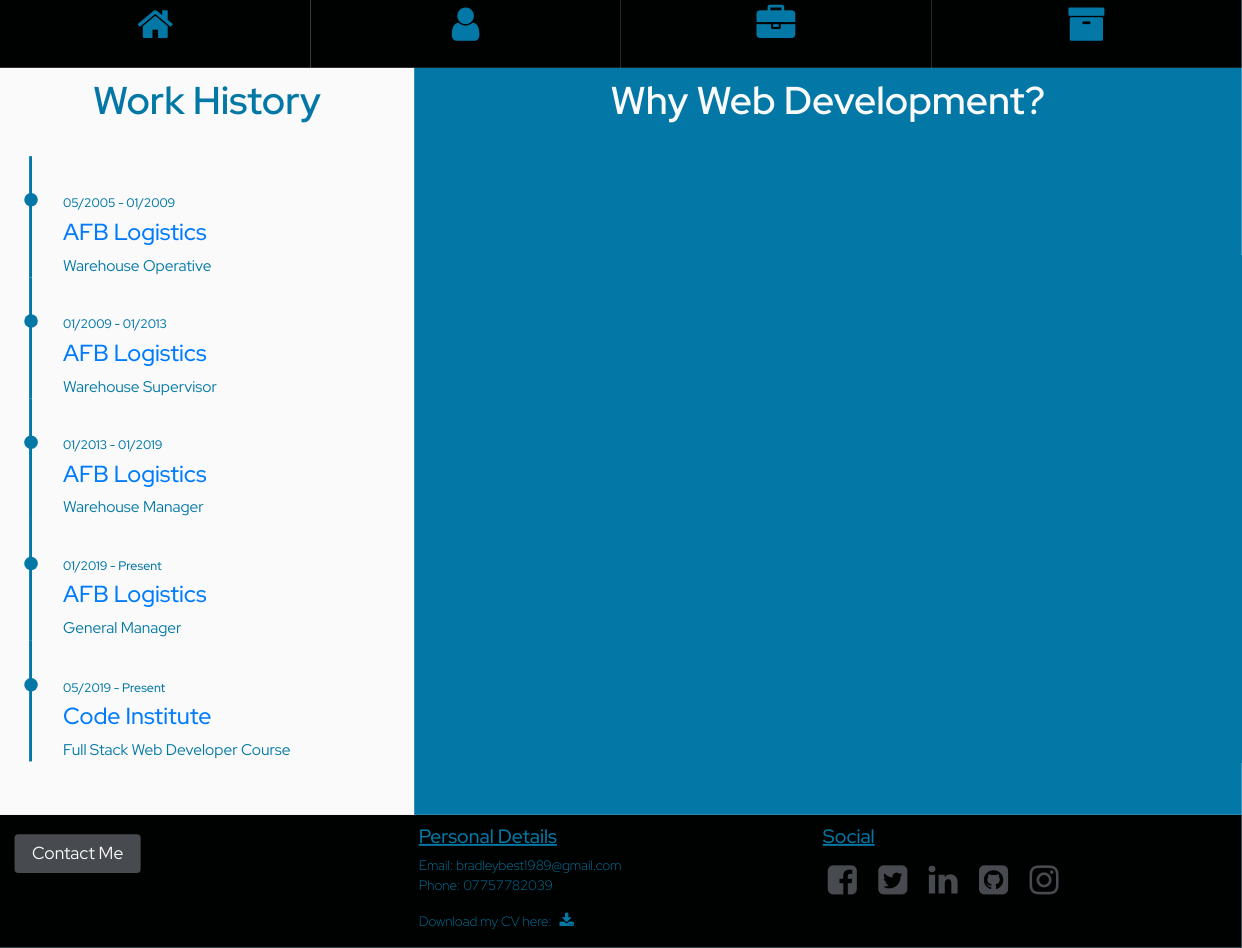
Repository: Brad000/Resume-project
Page: work-history.html
The author's editor kept a record of every edit. The page is drawn from the files as they stood at one moment, then again after the next edit.
The browser window is 1280 px wide. The pictures show the whole page, at 97% of full size.

Above is the page before.

### work-history.html
<!DOCTYPE html>
<html lang="en">

<head>
    <meta charset="UTF-8">
    <meta name="viewport" content="width=device-width, initial-scale=1.0">
    <meta http-equiv="X-UA-Compatible" content="ie=edge">
    <link rel="stylesheet" href="https://stackpath.bootstrapcdn.com/bootstrap/4.3.1/css/bootstrap.min.css" type="text/css" />
    <link rel="stylesheet" href="https://stackpath.bootstrapcdn.com/font-awesome/4.7.0/css/font-awesome.min.css" type="text/css" />
    <link rel="stylesheet" href="assets/css/style.css" type="text/css" />
    <link rel="stylesheet" href="https://cdnjs.cloudflare.com/ajax/libs/hover.css/2.3.1/css/hover-min.css" type="text/css" />
    <title>Bradley Best - Full Stack Web Developer</title>
</head>

<body>

    <!---------------------------NavBar------------------------------------>

    <header>
        <div class="row no-gutters">
            <div class="col-3 nav-item">
                <i class="fa fa-home"></i>
                <a id="nav-link" href="index.html">
                    <h5 id="nav-text">Home</h5>
                </a>
            </div>
            <div class="col-3 nav-item">
                <i class="fa fa-user"></i>
                <a id="nav-link" href="about-me.html">
                    <h5 id="nav-text">About Me</h5>
                </a>
            </div>
            <div class="col-3 nav-item">
                <i class="fa fa-briefcase"></i>
                <a id="nav-link" href="work-history.html">
                    <h5 id="nav-text">Work History</h5>
                </a>
            </div>
            <div class="col-3 nav-item">
                <i class="fa fa-archive"></i>
                <a id="nav-link" href="#">
                    <h5 id="nav-text">Portfolio</h5>
                </a>
            </div>
        </div>
    </header>

    <!----------------------------Work History----------------------------->
    <div class="row no-gutters">
        <div class="col-md-4 work-history-container">
            <h2 class="main-headings work-headings">Work History</h2>
            <div class="history-items">
                <div class="timeline-item" data-dates="05/2005 - 01/2009">
                    <a href="https://www.google.com/maps/place/AFB+Logistics+LTD./@53.5464526,-2.5892585,15z/data=!4m5!3m4!1s0x0:0x63afc0519c773d45!8m2!3d53.5464526!4d-2.5892585" target="_blank" id="work-link"><h4>AFB Logistics</h4></a>
                    <p>Warehouse Operative</p>
                </div>
                <div class="timeline-item" data-dates="01/2009 - 01/2013">
                    <a href="https://www.google.com/maps/place/AFB+Logistics+LTD./@53.5464526,-2.5892585,15z/data=!4m5!3m4!1s0x0:0x63afc0519c773d45!8m2!3d53.5464526!4d-2.5892585" target="_blank" id="work-link"><h4>AFB Logistics</h4></a>
                    <p>Warehouse Supervisor</p>
                </div>
                <div class="timeline-item" data-dates="01/2013 - 01/2019">
                    <a href="https://www.google.com/maps/place/AFB+Logistics+LTD./@53.5464526,-2.5892585,15z/data=!4m5!3m4!1s0x0:0x63afc0519c773d45!8m2!3d53.5464526!4d-2.5892585" target="_blank" id="work-link"><h4>AFB Logistics</h4></a>
                    <p>Warehouse Manager</p>
                </div>
                <div class="timeline-item" data-dates="01/2019 - Present">
                    <a href="https://www.google.com/maps/place/AFB+Logistics+LTD./@53.5464526,-2.5892585,15z/data=!4m5!3m4!1s0x0:0x63afc0519c773d45!8m2!3d53.5464526!4d-2.5892585" target="_blank" id="work-link"><h4>AFB Logistics</h4></a>
                    <p>General Manager</p>
                </div>
                <div class="timeline-item" data-dates="05/2019 - Present">
                    <a href="https://codeinstitute.net/" target="_blank" id="work-link"><h4>Code Institute</h4></a>
                    <p>Full Stack Web Developer Course</p>
                </div>
            </div>

        </div>

        <div class="col-md-8 why-web-container">
            <h2 class="main-headings why-headings">Why Web Development?</h2>

        </div>
    </div>




    <!---------------------------Footer------------------------------------>

    <footer class="container-fluid">
        <div class="row no-gutters" id="footer-details">
            <div class="col-sm-4">
                <button type="button" class="btn btn-secondary contact-button" data-toggle="modal" data-target="#exampleModal">Contact Me</button>
            </div>
            <div class="col-sm-4 footer-headings">
                <h5 class="sub-headings">Personal Details</h5>
                <div class="key">
                    <p class="personal-info-text">
                        Email: bradleybest1989@gmail.com
                    </p>
                </div>
                <div class="personal-info-text">
                    <p>
                        Phone: 07757782039
                    </p>
                </div>
                <div class="personal-info-text">
                    <p class="cv-text">Download my CV here:
                        <span><a href="assets/cv/CV.pdf" target="_blank" class="cv-pdf"></a>
                        <i class="fa fa-download cv-link" aria-hidden="true"></i>
                        </span>
                    </p>
                </div>
            </div>
            <div class="col-sm-4">
                <h5 class="footer-headings sub-headings">Social</h5>
                <ul class="list-inline">
                    <li class="list-inline-item social-links">
                        <a target="_blank" href="https://www.facebook.com/profile.php?id=100010751790168">
                            <i class="fa fa-facebook-square" aria-hidden="true"></i>
                            <span class="sr-only">Facebook</span>
                        </a>
                    </li>
                    <li class="list-inline-item social-links">
                        <a target="_blank" href="https://twitter.com/BradleyBest28">
                            <i class="fa fa-twitter-square" aria-hidden="true"></i>
                            <span class="sr-only">Twitter</span>
                        </a>
                    </li>
                    <li class="list-inline-item social-links">
                        <a target="_blank" href="https://www.linkedin.com/in/bradley-best-b56072188/">
                            <i class="fa fa-linkedin" aria-hidden="true"></i>
                            <span class="sr-only">Linkedin</span>
                        </a>
                    </li>
                    <li class="list-inline-item social-links">
                        <a target="_blank" href="https://github.com/Brad000/Resume-project">
                            <i class="fa fa-github-square" aria-hidden="true"></i>
                            <span class="sr-only">GitHub</span>
                        </a>
                    </li>
                    <li class="list-inline-item social-links">
                        <a target="_blank" href="https://www.instagram.com/brad_best0/?hl=en">
                            <i class="fa fa-instagram" aria-hidden="true"></i>
                            <span class="sr-only">Instagram</span>
                        </a>
                    </li>
                </ul>
            </div>
        </div>
    </footer>

</body>

</html>

### assets/css/style.css
@import url('https://fonts.googleapis.com/css?family=Red+Hat+Display:100,200,300,400,500,600,700');

/*-------------------Nav----------------------*/

.background {
  height: 100vh;
  width: 100%;
}

.nav-item {
  height: 70px;
  background-color: #000201;
  text-align: center;
  padding: 0;
}

.fa-home,
.fa-user,
.fa-archive,
.fa-briefcase {
  font-size: 25px;
  color: #0378A6;
  padding: 10px;
}

#nav-text {
  font-family: 'Red Hat Display', sans-serif;
  font-size: 12px;
  font-weight: 600;
  color: #0378A6;
  opacity: 1;
  cursor: pointer;
  text-decoration: none;
  transition: opacity 0.5s ease-in-out;
  -moz-transition: opacity 0.5s ease-in-out;
  -webkit-transition: opacity 0.5s ease-in-out;
  -o-transition: opacity 0.5s ease-in-out;
}

#nav-text:hover {
  opacity: 1;
}

#nav-link {
  text-decoration: none;
}

.landing-name {
  position: absolute;
  margin: 0;
  top: 40%;
  left: 50%;
  transform: translate(-50%, -50%);
  color: #fafafa;
  font-family: 'Red Hat Display', sans-serif;
  font-weight: 100;
  font-size: 26px;
}

.landing-text {
  position: absolute;
  top: 50%;
  left: 50%;
  transform: translate(-50%, -50%);
  color: #fafafa;
  font-family: 'Red Hat Display', sans-serif;
  font-weight: 400;
  font-size: 14px;
}


/*-------------------About Me-----------------*/

.about-me-container {
  background-color: #0378A6;
}

.about-me-text {
  padding-left: 15px;
  padding-right: 15px;
  font-family: 'Red Hat Display', sans-serif;
  color: #fafafa;
}

.main-headings {
  padding-top: 10px;
  padding-bottom: 25px;
  text-align: center;
  font-weight: 600;
  font-size: 40px;
}

.headings {
  padding-bottom: 10px;
  font-size: 25px;
  font-weight: 300;
}

.about-me-para {
  padding-bottom: 5px;
  font-size: 16px;
  line-height: 1.8em;
  font-weight: 100;
}

/*-------------------Skills-------------------*/

.skills-container {
  background-color: #fafafa
}

.skills-text {
  font-family: 'Red Hat Display', sans-serif;
  color: #0378a6;
  padding-left: 15px;
  padding-right: 15px;
}

.skills-heading {
  text-align: left;
  color: #0378a6;
  font-size: 25px;
  font-weight: 500;
  padding-top: 10px;
}

.fa-desktop,
.fa-cog,
.fa-book {
  padding-right: 10px;
  font-size: 28px;
}

.skills-para {
  padding-bottom: 30px;
  font-size: 16px;
  line-height: 1.8em;
  font-weight: 400;
}

@keyframes load{
  from {
    width: 0%
  }
}
@-webkit-keyframes load{
  from {
    width: 0%
  }
}
@-moz-keyframes load{
  from {
    width: 0%
  }
}
@-o-keyframes load{
  from {
    width: 0%
  }
}

.bar{
  background-color: #5f6366;
  padding: 0;
  border-radius: 5px;
  margin-bottom: 20px;
  font-size: 14px;
  color: #5f6366;
  font-weight: 300;
  font-family: 'Red Hat Display', sans-serif;
  text-shadow: 1px 1px 1px rgba(0,0,0,0.5);
  margin-left: 20px;
  margin-right: 20px;
}
.bar::before{
  content:  attr(data-skill);
  background-color: #04C4D9;
  display: inline-block;
  padding: 5px 0 5px 10px;
  border-radius: inherit;
  animation: load 2s 0s;
  -webkit-animation: load 2s 0s;
  -moz-animation: load 2s 0s;
  -o-animation: load 2s 0s;
}

.bar.front::before{
  background-color: #90ccf4;
}
.bar.back::before{
  background-color: #5da2d5;
}
.bar.learning::before{
  background-color: #f78888;
}

.bar.learning::before{
  width: calc(20% - 10px);
}
.bar.basic::before{
  width: calc(40% - 10px);
}
.bar.intermediate::before{
  width: calc(60% - 10px);
}
.bar.advanced::before{
  width: calc(70% - 10px);
}
.bar.expert::before{
  width: calc(90% - 10px);
}

/*---------------Work History------------------*/

.work-history-container {
  background-color: #fafafa
}

.work-headings {
  font-family: 'Red Hat Display', sans-serif;
  color: #0378a6;
  padding-left: 15px;
  padding-right: 15px;
}

.timeline-item {
    padding: 4em 2em 0em 2em;
    position: relative;
    color: #0378a6;
    border-left: 3px solid;
    margin-left: 30px;
    font-family: 'Red Hat Display', sans-serif;
}

.timeline-item p {
    padding: 0;
    margin: 0;
}

.timeline-item:before {
    content: attr(data-dates);
    position: absolute;
    left: 2.5em;
    top: 3em;
    display: block;
    font-family: 'Red Hat Display', sans-serif;
    font-weight: 500;
    font-size: 0.8em;
    padding: 0;
    margin: 0;
}

.timeline-item:after {
    width: 14px;
    height: 14px;
    display: block;
    top: 2.4em;
    position: absolute;
    left: -8px;
    border-radius: 12px;
    content: ' ';
    background: #0378a6;
}

.history-items {
    margin-bottom: 55px;
}













.why-web-container {
  background-color: #0378A6;
}

.why-headings {
  padding-left: 15px;
  padding-right: 15px;
  font-family: 'Red Hat Display', sans-serif;
  color: #fafafa;
}





/*-------------------Footer-------------------*/

footer {
  background-color: #000201;
  color: #0378A6;
  min-height: 130px;
  margin: 0;
  font-size: 18px;
  font-family: 'Red Hat Display', sans-serif;
  font-weight: 300;

}

.sub-headings {
  padding-top: 10px;
  text-decoration: underline;
}

.contact-button {
  width: 130px;
  border: 0;
  height: 40px;
  margin-left: 0;
  margin-top: 10px;
  margin-bottom: 10px;
  text-align: center;
  font-size: 18px;
  color: #fafafa;
  background: #474b4f;
  transition: background 0.5s ease-in-out;
  -moz-transition: background 0.5s ease-in-out;
  -webkit-transition: background 0.5s ease-in-out;
  -o-transition: background 0.5s ease-in-out;
}

.contact-button:hover {
  background-color: #04C4D9;
}

.personal-info-text {
  margin: 0;
  font-size: 14px;
  font-weight: 200;
}

.cv-link {
  margin-left: 5px;
  font-size: 16px;
  color: #0378A6;
  transition: color 0.5s ease-in-out;
  -moz-transition: color 0.5s ease-in-out;
  -webkit-transition: color 0.5s ease-in-out;
  -o-transition: color 0.5s ease-in-out;
}

.cv-link:hover {
  color: #025E73;
  cursor: pointer;
}

.social-links a {
  color: #474b4f;
  font-size: 35px;
  padding: 5px;
  transition: color 0.5s ease-in-out;
  -moz-transition: color 0.5s ease-in-out;
  -webkit-transition: color 0.5s ease-in-out;
  -o-transition: color 0.5s ease-in-out;
}

.social-links a:hover {
  color: #04C4D9;
}

/*----------------Media Queries---------------*/

@media(min-width: 575px) {
  .contact-button {
    margin-top: 20px;
  }
}

@media(min-width: 575px) {
  .fa-home,
  .fa-user,
  .fa-archive,
  .fa-briefcase {
    font-size: 40px;
    padding: 5px;
  }
}

@media(min-width: 575px) {
  #nav-text {
    opacity: 0;
    font-size: 14px;
  }
}

@media(min-width: 374px) {
  .landing-name {
    font-size: 33px;
  }
  .landing-text {
    font-size: 16px;
  }
}

@media(min-width: 767px) {
  .landing-name {
    font-size: 60px;
    padding-bottom: 15px;
  }
  .landing-text {
    font-size: 30px;
  }
}

@media(min-width: 1024px) {
  .landing-name {
    font-size: 80px;
  }
  .landing-text {
    font-size: 40px;
  }
}

After the next edit:
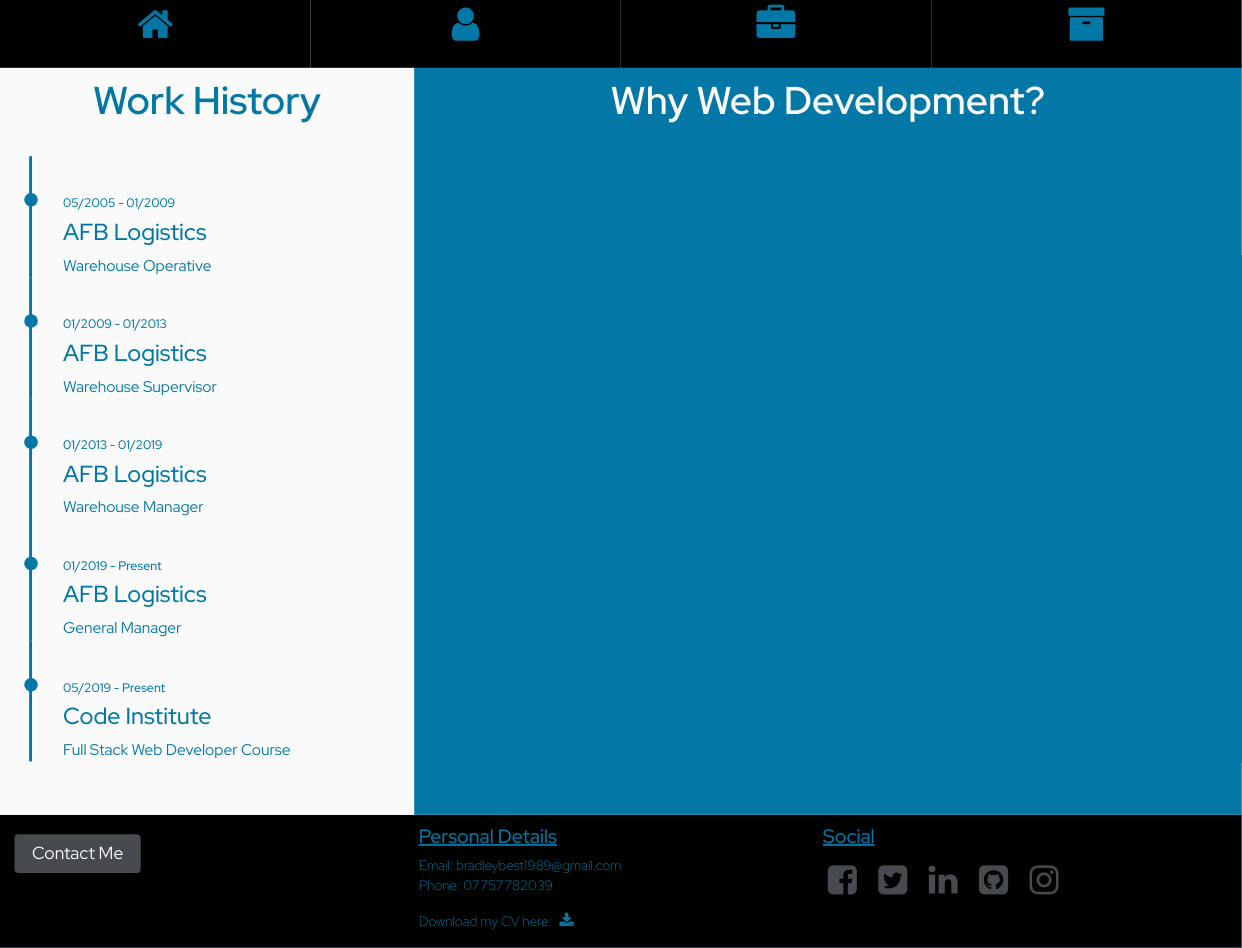
The edit:
--- a/assets/css/style.css
+++ b/assets/css/style.css
@@ -266,7 +266,10 @@
     margin-bottom: 55px;
 }
 
-
+#work-link {
+  text-decoration: none;
+  color: #0378a6;
+}
 
 
 
